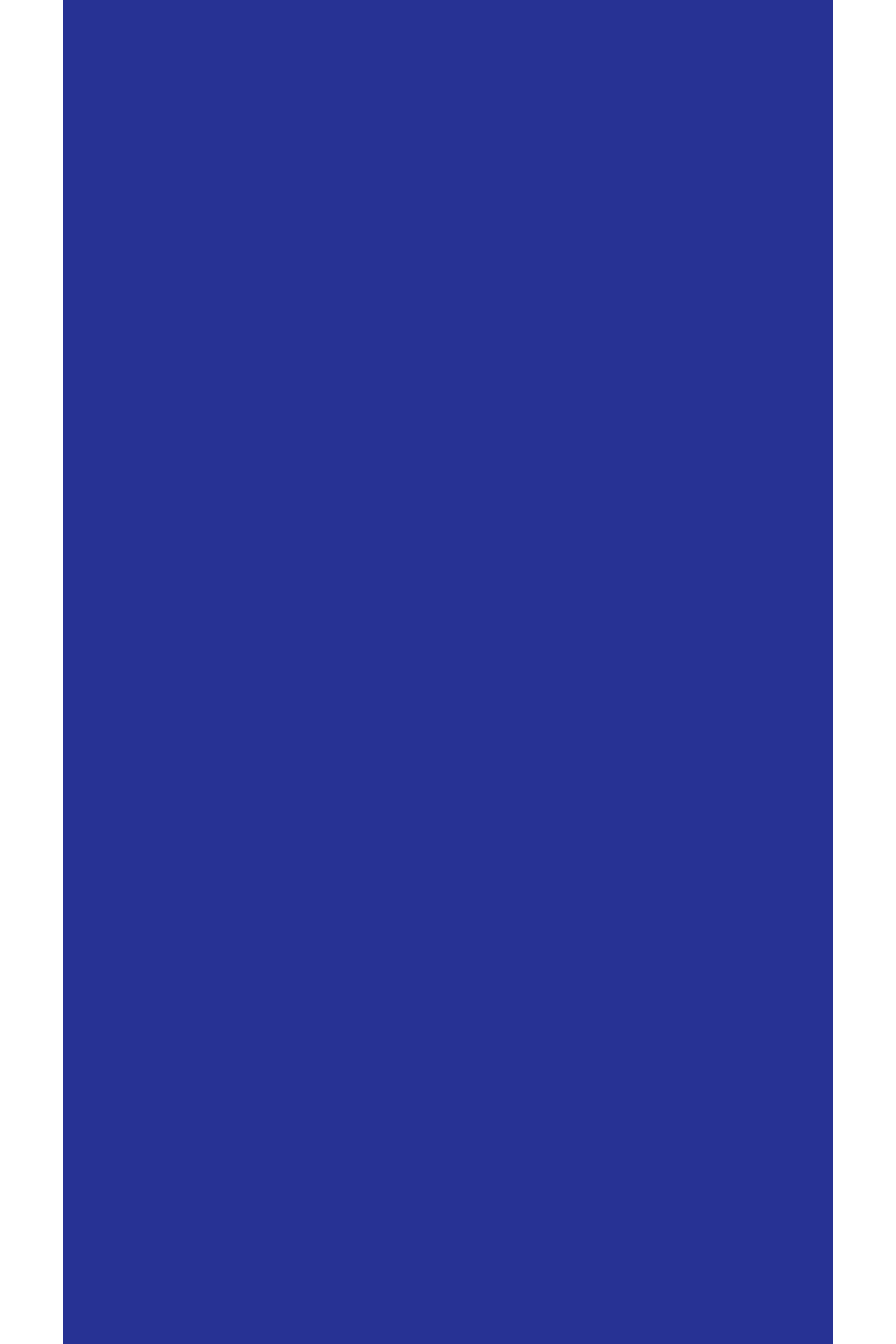
Repository: rahulnag7963/UBCHacks4.0
Page: /
These files come from the project's save history. The page is drawn as it stood at one moment and after the next save; the edit follows.
The browser window is 1280 px wide. The pictures show the part of the page from y = 400 to 2320 px (the page is 5150 px tall before and 720 px after), at 70% of full size.
The project was rebuilt for these pictures with package versions that can differ from the ones it lists, and the page was loaded fresh each time.

Above is the page before, as saved 2022-11-26 02:30:05.

After the next save:
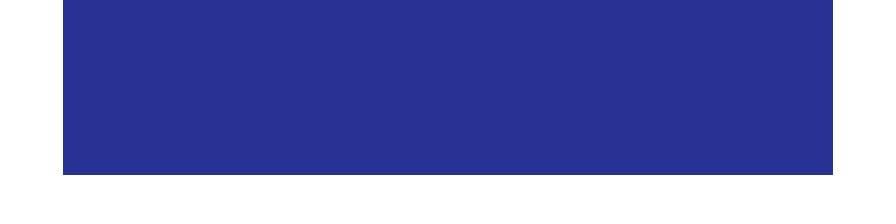
Saved 6 s later.
--- a/src/app.css
+++ b/src/app.css
@@ -1,5 +1,5 @@
 .app {
-    height: 5000px;
+    height: 500px;
     width: 1100px;
     background-color: rgb(39, 50, 148);
     margin-left: auto;
